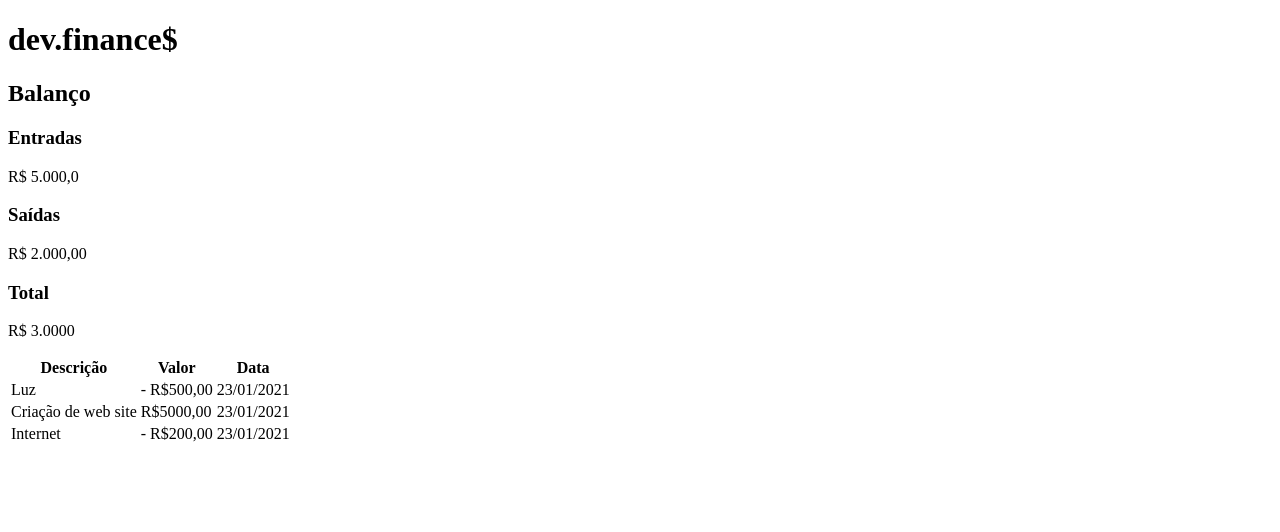
Repository: rafaelmgr12/maratona-dev01
Page: index.html
An editor plug-in stored every save of this project. The page is shown before and after the next save, followed by the edit.
The browser window is 1280 px wide. The pictures show the whole page.

Above is the page before, as saved 2021-04-26 19:21:37.

After the next save:
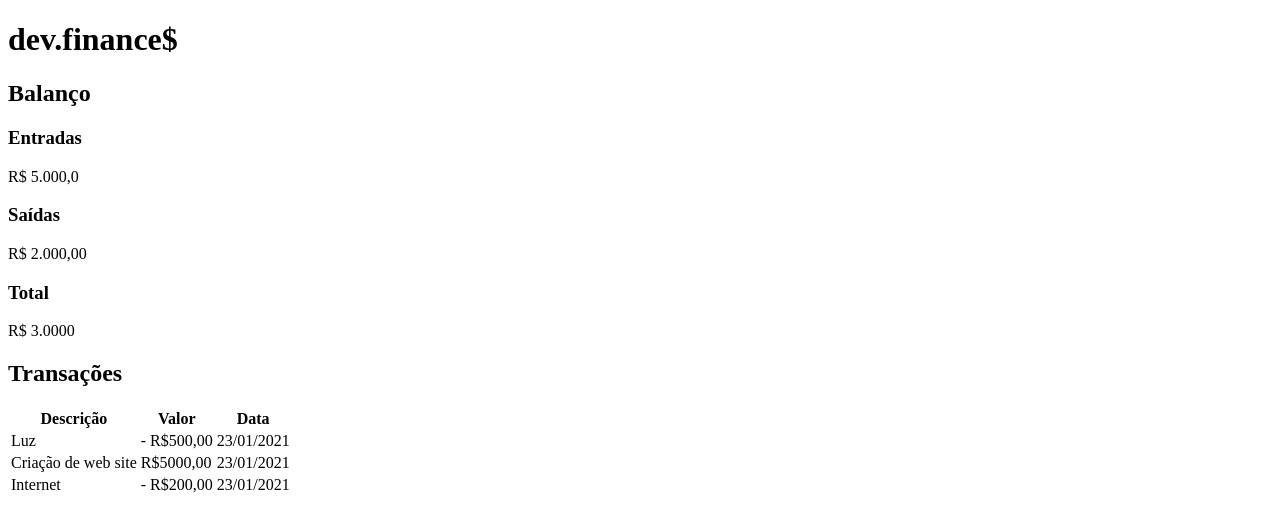
Saved 61 s later.
--- a/index.html
+++ b/index.html
@@ -18,6 +18,7 @@
         <h3>Total</h3>
         <p>R$ 3.0000</p>
     </section>
+    <section><h2>Transações</h2></section>
       <table>
         <thead>
           <tr>
